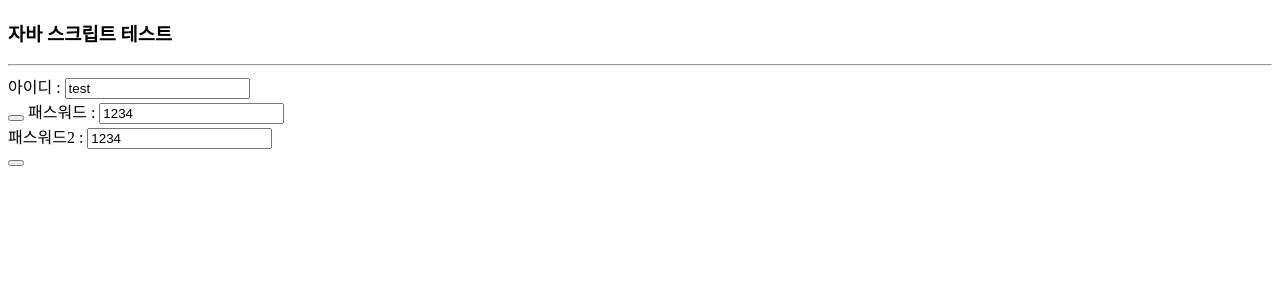
Repository: songhyeonjun/java
Page: http://localhost/spring05/js1.jsp
These files come from the project's save history. The page is drawn as it stood at one moment and after the next save; the edit follows.
The browser window is 1280 px wide. The pictures show the whole page.
The page is served by Tomcat 9. Other server files are loaded and not shown.

Above is the page before, as saved 2022-02-17 01:51:14.

### spring05/src/main/webapp/js1.jsp
<%@ page language="java" contentType="text/html; charset=UTF-8"
    pageEncoding="UTF-8"%>
<!DOCTYPE html>
<html>
<head>
<meta charset="UTF-8">
<title>Insert title here</title>
<script>

</script>
</head>
<body>
<h3>자바 스크립트 테스트</h3>
<hr>
아이디 : <input name="id" value="test"><br>
<button onclick="idCheck()"></button>
패스워드 : <input name="pw1" value="1234"><br>
패스워드2 : <input name="pw2" value="1234"><br>
<button onclick="pwCheck()"></button>
</body>
</html>

After the next save:
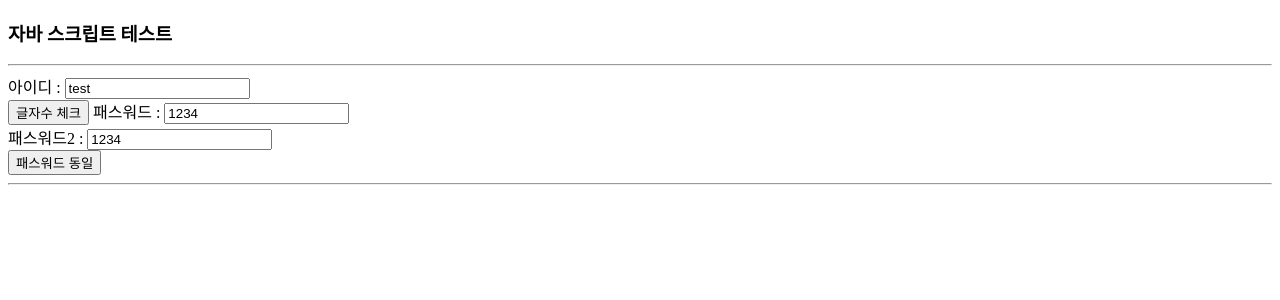
Saved 110 s later.
--- a/spring05/src/main/webapp/js1.jsp
+++ b/spring05/src/main/webapp/js1.jsp
@@ -13,9 +13,12 @@
 <h3>자바 스크립트 테스트</h3>
 <hr>
 아이디 : <input name="id" value="test"><br>
-<button onclick="idCheck()"></button>
+<button onclick="idCheck()">글자수 체크</button>
 패스워드 : <input name="pw1" value="1234"><br>
 패스워드2 : <input name="pw2" value="1234"><br>
-<button onclick="pwCheck()"></button>
+<button onclick="pwCheck()">패스워드 동일</button>
+<hr>
+<div>
+</div>
 </body>
 </html>
